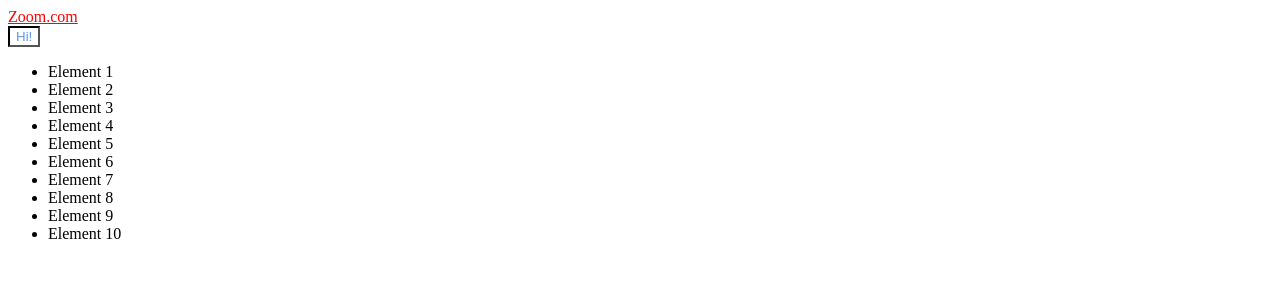
Repository: nottonofclay/csi_waymo
Page: pseudoclasses/pseudoclasses.html
An editor plug-in stored every save of this project. The page is shown before and after the next save, followed by the edit.
The browser window is 1280 px wide. The pictures show the whole page.
The first visible `button` is being pressed.

Above is the page before, as saved 2023-07-06 11:51:30.

### pseudoclasses/pseudoclasses.html
<!DOCTYPE html>
<html lang="en">
<head>
    <meta charset="UTF-8">
    <meta name="viewport" content="width=device-width, initial-scale=1.0">
    <title>Document</title>
    <link rel="stylesheet" href="pseudoclasses.css">
</head>
<body>
    <a href="https://www.zoom.com">Zoom.com</a>
    <br>
    <button>Hi!</button>
    <ul>
        <li>Element 1</li>
        <li>Element 2</li>
        <li>Element 3</li>
        <li>Element 4</li>
        <li>Element 5</li>
        <li>Element 6</li>
        <li>Element 7</li>
        <li>Element 8</li>
        <li>Element 9</li>
        <li>Element 10</li>
    </ul>
</body>
</html>

### pseudoclasses/pseudoclasses.css
a:link {
    color:red;
}
a:visited {
    color:darkolivegreen;
}
a:hover {
    color:black;
}
a:active{
    color:aqua;
}
button:hover {
    color:cornflowerblue;
    background-color: white;
}

After the next save:
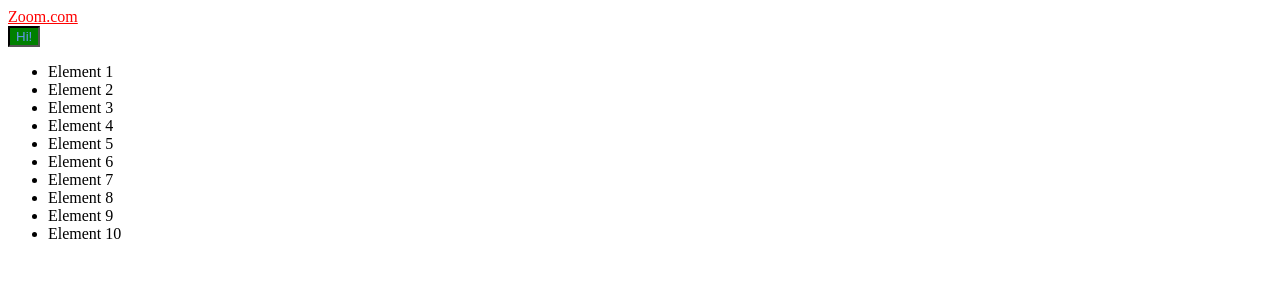
Saved 18 s later.
--- a/pseudoclasses/pseudoclasses.css
+++ b/pseudoclasses/pseudoclasses.css
@@ -14,3 +14,6 @@
     color:cornflowerblue;
     background-color: white;
 }
+button:active {
+    background-color: green;
+}
